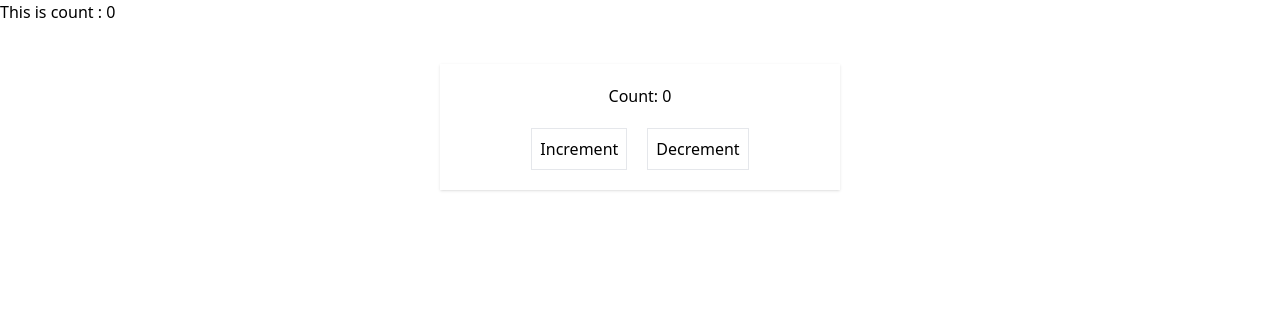
Repository: hoang0508/Learn-Redux-Evon
Page: /
An editor plug-in stored every save of this project. The page is shown before and after the next save, followed by the edit.
The browser window is 1280 px wide. The pictures show the whole page.
The project was rebuilt for these pictures with package versions that can differ from the ones it lists, and the page was loaded fresh each time. Also part of the build but not shown: src/App.css.

Above is the page before, as saved 2022-06-17 11:44:10.

### src/index.js
import React from "react";
import { createRoot } from "react-dom/client";
import App from "./App";
import reportWebVitals from "./reportWebVitals";
import "./index.css";
import { Provider } from "react-redux";
import store from "./redux-tookit/configureStore";

const container = document.getElementById("root");
const root = createRoot(container);

root.render(
  <React.StrictMode>
    <Provider store={store}>
      <App />
    </Provider>
  </React.StrictMode>
);

// If you want to start measuring performance in your app, pass a function
// to log results (for example: reportWebVitals(console.log))
// or send to an analytics endpoint. Learn more: https://bit.ly/CRA-vitals
reportWebVitals();

### src/App.js
import React, { useState } from "react";
import { useSelector } from "react-redux";
import "./App.css";
import Counter from "./components/Counter";

function App() {
  const count = useSelector((state) => state.counter.count);
  return (
    <>
      <h2>This is count : {count}</h2>
      <Counter />
    </>
  );
}

export default App;

### src/redux-tookit/configureStore.js
import { configureStore, combineReducers } from "@reduxjs/toolkit";
import counterSlice from "./counterSlice";

const reducer = combineReducers({
  counter: counterSlice,
});

const store = configureStore({
  // reducer
  reducer: reducer,
});

export default store;

### src/components/Counter.js
import React, { useState } from "react";
import { useDispatch, useSelector } from "react-redux";
import { decrement, increment } from "../redux-tookit/counterSlice";
// import {
//   addamount,
//   decrement,
//   increment,
//   incrementAsync,
//   incrementIfOdd,
// } from "../redux/counter";

const Counter = (props) => {
  const [incrementAmount, setIncrementAmount] = useState(2);
  const count = useSelector((state) => state.counter.count);
  const dispatch = useDispatch();
  const handleIncrement = () => {
    // setCount(() => count + 1);
    dispatch(increment());
  };
  const handleDecrement = () => {
    // setCount(() => count - 1);
    dispatch(decrement());
  };

  // // increment addAmount
  // const handleAddAmount = () => {
  //   dispatch(addamount(Number(incrementAmount)));
  // };

  // // increment async
  // const handleIncrementAsync = () => {
  //   dispatch(incrementAsync(Number(incrementAmount)));
  // };

  //
  // const handleIncrementIfOdd = () => {
  //   dispatch(incrementIfOdd(Number(incrementAmount)));
  // };
  return (
    <div className="flex flex-col items-center p-5 bg-white shadow w-[400px] mx-auto mt-10">
      <h2 className="mb-5">Count: {count}</h2>
      <div className="flex justify-center items-center gap-x-5">
        <button
          className="inline-block border-gray-200 p-2 border"
          onClick={handleIncrement}
        >
          Increment
        </button>
        <button
          className="inline-block border-gray-200 p-2 border"
          onClick={handleDecrement}
        >
          Decrement
        </button>
      </div>
      {/* <div className="mt-3">
        <input
          className="border border-gray-200 p-3"
          type="number"
          value={incrementAmount}
          onChange={(e) => setIncrementAmount(e.target.value)}
        />
        <button
          onClick={handleAddAmount}
          className="inline-block border-gray-200 p-2 border bg-blue-500 text-white"
        >
          Add Amount
        </button>
      </div>
      <div>
        <button
          onClick={handleIncrementAsync}
          className="inline-block border-gray-200 p-2 border bg-green-500 text-white"
        >
          Add Async
        </button>
      </div>
      <div>
        <button
          onClick={handleIncrementIfOdd}
          className="inline-block border-gray-200 p-2 border bg-purple-500 text-white"
        >
          Add If odd
        </button>
      </div> */}
    </div>
  );
};

export default Counter;

### src/redux-tookit/counterSlice.js
import { createSlice } from "@reduxjs/toolkit";

const counterSlice = createSlice({
  name: "counter",
  initialState: {
    count: 0,
  },
  reducers: {
    increment: (state) => ({
      ...state,
      count: state.count + 1,
    }),
    decrement: (state) => ({
      ...state,
      count: state.count - 1,
    }),

    addamount: (state, action) => ({
      ...state,
      count: state.count + action.payload,
    }),
  },
});

// Action creators are generated for each case reducer function
export const { increment, decrement } = counterSlice.actions;

export default counterSlice.reducer;

### src/redux/counter.js
import { fetchCount } from "../components/counterAPI";

const INCREMENT = "increment";
const DECREMENT = "decrement";
const ADDAMOUNT = "addamount";

const initialState = {
  count: 0,
};

export const increment = () => ({
  type: INCREMENT,
});

export const decrement = () => ({
  type: DECREMENT,
});

export const addamount = (payload) => ({
  type: ADDAMOUNT,
  payload: payload,
});

export const incrementAsync = (payload) => {
  return async (dispatch) => {
    const reponse = await fetchCount(payload);

    dispatch(addamount(reponse.data));
  };
};

export const incrementIfOdd = (payload) => {
  return (dispatch, getState) => {
    const currentValue = getState().counter.count;

    if (currentValue % 2 === 1) {
      dispatch(addamount(payload));
    }
  };
};

function counterReducer(state = initialState, action) {
  switch (action.type) {
    case INCREMENT:
      return {
        ...state,
        count: state.count + 1,
      };

    case DECREMENT:
      return {
        ...state,
        count: state.count - 1,
      };

    case ADDAMOUNT:
      return {
        ...state,
        count: state.count + action.payload,
      };

    default:
      return state;
  }
}

export default counterReducer;

### src/components/counterAPI.js
export function fetchCount(amount = 1) {
  return new Promise((resolve) =>
    setTimeout(() => resolve({ data: amount }), 1000)
  );
}

Loaded but not shown: public/index.html (common file); src/reportWebVitals.js (common file); src/index.css (common file); tailwind.config.js (common file)

After the next save:
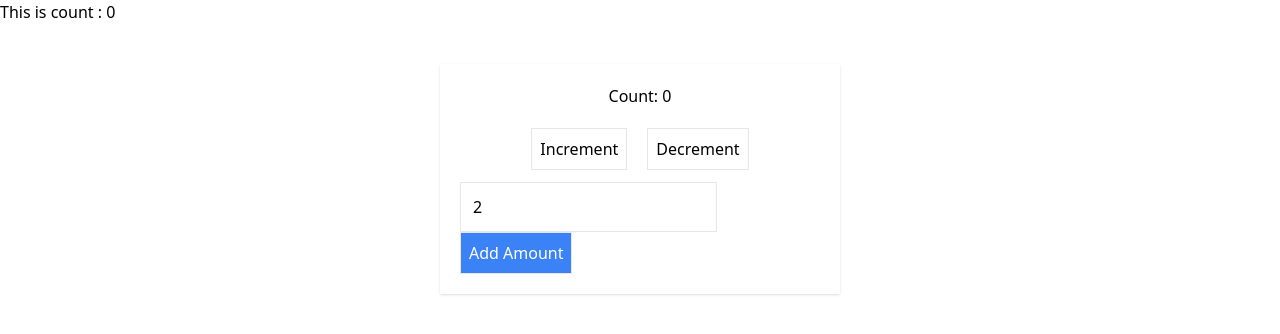
Saved 9 s later.
--- a/src/components/Counter.js
+++ b/src/components/Counter.js
@@ -1,6 +1,7 @@
 import React, { useState } from "react";
 import { useDispatch, useSelector } from "react-redux";
 import { decrement, increment } from "../redux-tookit/counterSlice";
+import { addamount } from "../redux/counter";
 // import {
 //   addamount,
 //   decrement,
@@ -22,10 +23,10 @@ const Counter = (props) => {
     dispatch(decrement());
   };
 
-  // // increment addAmount
-  // const handleAddAmount = () => {
-  //   dispatch(addamount(Number(incrementAmount)));
-  // };
+  // increment addAmount
+  const handleAddAmount = () => {
+    dispatch(addamount(Number(incrementAmount)));
+  };
 
   // // increment async
   // const handleIncrementAsync = () => {
@@ -53,7 +54,7 @@ const Counter = (props) => {
           Decrement
         </button>
       </div>
-      {/* <div className="mt-3">
+      <div className="mt-3">
         <input
           className="border border-gray-200 p-3"
           type="number"
@@ -67,6 +68,7 @@ const Counter = (props) => {
           Add Amount
         </button>
       </div>
+      {/*
       <div>
         <button
           onClick={handleIncrementAsync}
